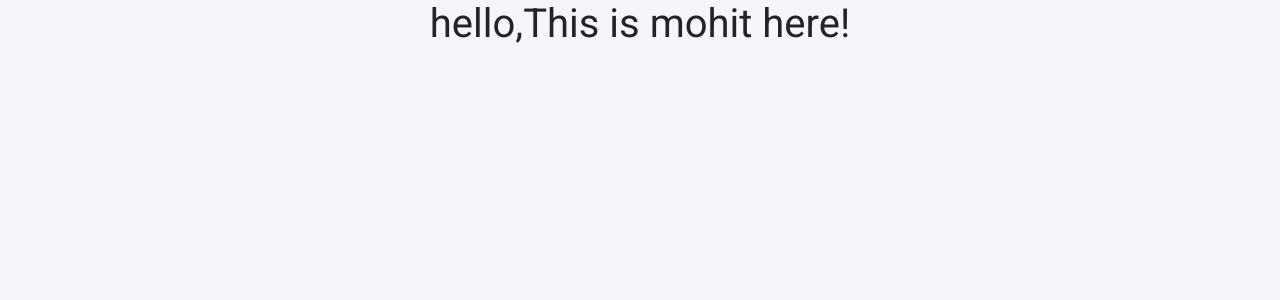
Repository: mohit78911/Redux-Project
Page: /
The author's editor kept a copy of each file at every save. The page is drawn from the files as they stood at one save, then again after a run of saves.
The browser window is 1280 px wide. The pictures show the whole page.
The project was rebuilt for these pictures with package versions that can differ from the ones it lists, and the page was loaded fresh each time.

Above is the page before, as saved 2023-04-11 10:33:50.

### public/index.html
<!DOCTYPE html>
<html lang="en">
  <head>
    <meta charset="utf-8" />
    <link rel="icon" href="%PUBLIC_URL%/favicon.ico" />
    <meta name="viewport" content="width=device-width, initial-scale=1" />
    <meta name="theme-color" content="#000000" />
    <meta
      name="description"
      content="Web site created using create-react-app"
    />
    <link rel="apple-touch-icon" href="%PUBLIC_URL%/logo192.png" />
    <!--
      manifest.json provides metadata used when your web app is installed on a
      user's mobile device or desktop. See https://developers.google.com/web/fundamentals/web-app-manifest/
    -->
    <link rel="manifest" href="%PUBLIC_URL%/manifest.json" />
    <!--
      Notice the use of %PUBLIC_URL% in the tags above.
      It will be replaced with the URL of the `public` folder during the build.
      Only files inside the `public` folder can be referenced from the HTML.

      Unlike "/favicon.ico" or "favicon.ico", "%PUBLIC_URL%/favicon.ico" will
      work correctly both with client-side routing and a non-root public URL.
      Learn how to configure a non-root public URL by running `npm run build`.
    -->
    <title>React App</title>
  </head>
  <body style="text-align: center;">
    <noscript>You need to enable JavaScript to run this app.</noscript>
    <div id="root"></div>
    <!--
      This HTML file is a template.
      If you open it directly in the browser, you will see an empty page.

      You can add webfonts, meta tags, or analytics to this file.
      The build step will place the bundled scripts into the <body> tag.

      To begin the development, run `npm start` or `yarn start`.
      To create a production bundle, use `npm run build` or `yarn build`.
    -->
  </body>
</html>

### src/index.js
import React from "react";
import ReactDOM from "react-dom/client";
import "bootstrap/dist/css/bootstrap.min.css";
import App from "./App";
import reportWebVitals from "./reportWebVitals";
import './index.scss'
const root = ReactDOM.createRoot(document.getElementById("root"));
root.render(
  <React.StrictMode>
    <App />
  </React.StrictMode>
);

// If you want to start measuring performance in your app, pass a function
// to log results (for example: reportWebVitals(console.log))
// or send to an analytics endpoint. Learn more: https://bit.ly/CRA-vitals
reportWebVitals();

### src/App.js
import React from 'react'

 function App() {
  return (
    <div>
       <h1>hello,This is mohit here!</h1>
    </div>
  )
}
export default App;

### src/index.scss
@import url('https://fonts.googleapis.com/css2?family=Roboto&display=swap');


/*--====== Variables ======--*/
$main-font: 'Roboto', sans-serif;
$body-color: #f7f5fc;
$text-light: #f0efeb;
$text-dark: #242526;
$primary-color: #883d43;
$head-shadow: 0px 5px 15px rgba(0, 0, 0, 0.5);
$foot-shadow: 0px -5px 15px rgba(0, 0, 0, 0.5);
$card-shadow: rgba(0, 0, 0, 0.35) 0px 5px 15px;


/*--====== Mixins ======--*/

@mixin flex($justify, $align) {
    display: flex;
    justify-content: $justify;
    align-items: $align;
}


/*--====== CSS Reset ======--*/
*,
*::before,
*::after {
    margin: 0;
    padding: 0;
    box-sizing: border-box;
}


html {
    font-size: 16px;
    scroll-behavior: smooth;
}

body {
    font-family: $main-font;
    background-color: $body-color;
}

input,
button,
textarea {
    color: inherit;
    border: none;
    outline: none;
    font-family: inherit;
}

button {
    cursor: pointer;
}

textarea {
    resize: vertical;
}

h1,
h2,
h3,
h4,
h5,
h6 {
    font-weight: 500;
}

ul {
    list-style-type: none;
}

a {
    text-decoration: none;
    color: inherit;
}

img {
    max-width: 100%;
    height: auto;
}

img,
svg {
    vertical-align: middle;
    user-select: none;
}


/*--====== Common Styles ======--*/
.overflow_hide {
    overflow: hidden;
}

.container {
    max-width: 1320px;
    margin-left: auto;
    margin-right: auto;
    padding-left: 0.75rem;
    padding-right: 0.75rem;
}

#header,
#footer,
.cart_head,
.cart_foot {
    background-color: $primary-color;
    color: #fff;
}


/*--====== Header Section ======--*/
#header {
    position: fixed;
    top: 0;
    left: 0;
    width: 100%;
    padding: 1rem 0;
}

.navbar {
    @include flex(space-between, center);
}

.cart_icon {
    position: relative;
    cursor: pointer;

    .badge {
        display: inline-block;
        background-color: $text-dark;
        color: #fff;
        line-height: 1;
        font-size: 0.8rem;
        padding: 0.35rem 0.55rem;
        border-radius: 50%;
    }
}


/*--====== Home / Products Section ======--*/
#home {
    padding: 6rem 0 4rem;
}

.home_content {
    display: grid;
    grid-template-columns: repeat(auto-fit, minmax(260px, 1fr));
    gap: 2rem;
    text-align: center;

    @media(max-width: 399px) {
        grid-template-columns: 1fr;
    }
}

.product_card {
    background-color: inherit;
    box-shadow: $card-shadow;
    padding-top: 1rem;
    overflow: hidden;

    img {
        width: 50%;
        max-width: 200px;
    }

    .rating {
        color: $primary-color;
        font-size: 0.8rem;
    }

    .title {
        font-size: 1.1rem;
        margin: 0.6rem 0;
    }

    .price {
        font-weight: bold;
    }

    .btn {
        background-color: $primary-color;
        color: #ddd;
        width: 100%;
        margin-top: 1rem;
        padding: 0.6rem 0;
        font-size: 1rem;
        transition: all 0.2s ease;

        &:hover,
        &.added {
            color: #fff;
        }
    }
}


/*--====== Footer Section ======--*/
#footer {
    text-align: center;
    padding: 1.4rem 0;

    p {
        letter-spacing: 1px;
        text-transform: uppercase;
        margin-top: 0.8rem;

        a {
            opacity: 0.8;

            &:hover {
                opacity: 1;
            }
        }
    }

    .repo_link {
        opacity: 0.8;

        &:hover {
            opacity: 1;
        }
    }
}


/*--====== Cart Section ======--*/
#cart {
    position: fixed;
    top: 0;
    left: 0;
    z-index: 999;
    width: 100%;
    height: 100%;
    background-color: rgba(0, 0, 0, 0.3);
}

.cart_content {
    background-color: $body-color;
    position: absolute;
    top: 0;
    right: 0;
    max-width: 600px;
    width: 100%;
    height: 100%;
}

.cart_head {
    padding: 1rem;
    text-align: center;
    box-shadow: $head-shadow;

    .close_btn {
        position: absolute;
        top: 0;
        left: 0;
        background-color: $text-light;
        color: #000;
        padding: 0.2rem 0.6rem;
        cursor: pointer;
        opacity: 0.8;
        transition: opacity 0.2s ease;

        &:hover {
            opacity: 1;
        }

        span {
            font-size: 2.2rem;
            line-height: 0.8;
        }
    }

}

.cart_body {
    padding: 1.8rem 1.5rem;
    max-height: 85%;
    overflow-x: hidden;
    overflow-y: auto;
}

.cart_items {
    display: grid;
    grid-template-columns: 0.5fr 0.7fr 0.2fr 0.1fr;
    align-items: center;
    gap: 2.2rem;
    margin-bottom: 2rem;
}

.cart_items_info {
    .price {
        font-weight: 600;
        margin-top: 0.8rem;
    }
}

.cart_items_quantity {
    display: flex;
    align-items: center;
    flex-direction: column;
    gap: 0.8rem;
    background-color: $primary-color;
    color: #fff;
    padding: 0.5rem 0;

    span {
        font-size: 1.2rem;
        background-color: $text-light;
        color: #000;
        line-height: 0.5;
        padding: 0.2rem;
        cursor: pointer;
        user-select: none;
        opacity: 0.875;

        &:hover {
            opacity: 1;
        }
    }
}

.cart_items_delete {
    font-size: 2rem;
    line-height: 0.5;
    text-align: center;
    cursor: pointer;
    opacity: 0.7;
    transition: opacity 0.2s ease;

    &:hover {
        opacity: 1;
    }
}

.cart_foot {
    @include flex(space-between, center);
    position: absolute;
    bottom: 0;
    left: 0;
    width: 100%;
    padding: 1rem;
    box-shadow: $foot-shadow;

    h3 {
        b {
            margin-left: 0.6rem;
            font-size: 1.4rem;
        }
    }

    .checkout_btn {
        background-color: $text-light;
        color: #000;
        font-size: 1rem;
        padding: 0.4rem 0.8rem;

        &[disabled] {
            opacity: 0.5;
            cursor: not-allowed;
        }
    }
}

### src/components/Footer.js
import React from 'react'

 function Footer() {
  return (
    <div>
      <footer id="footer">
        <div className='container'>
          logicrays
          <p>
            Build by || Mohit Suthar
          </p>
        </div>
      </footer>
    </div>
  )
}
export default Footer;

Loaded but not shown: src/reportWebVitals.js (common file)

After the next 2 saves:
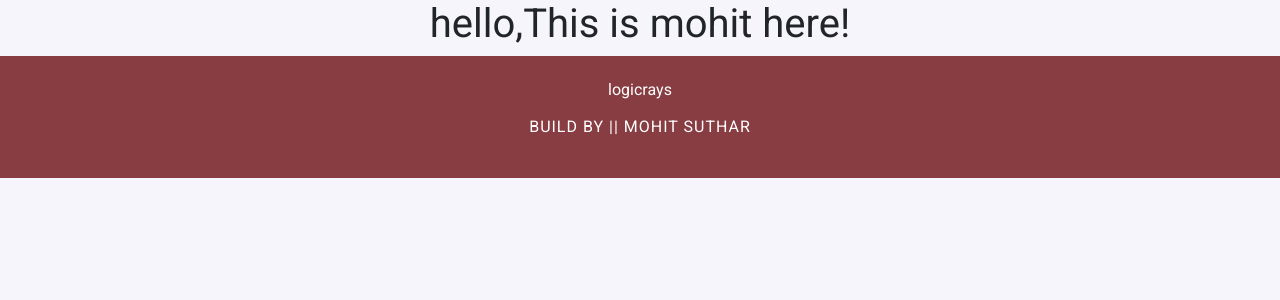
The 2 saves are shown as one change because 1 did not build or start.
The last was saved 23 s later.
--- a/src/App.js
+++ b/src/App.js
@@ -1,9 +1,11 @@
 import React from 'react'
+import Footer from './components/Footer';
 
  function App() {
   return (
     <div>
        <h1>hello,This is mohit here!</h1>
+       <Footer></Footer>
     </div>
   )
 }
